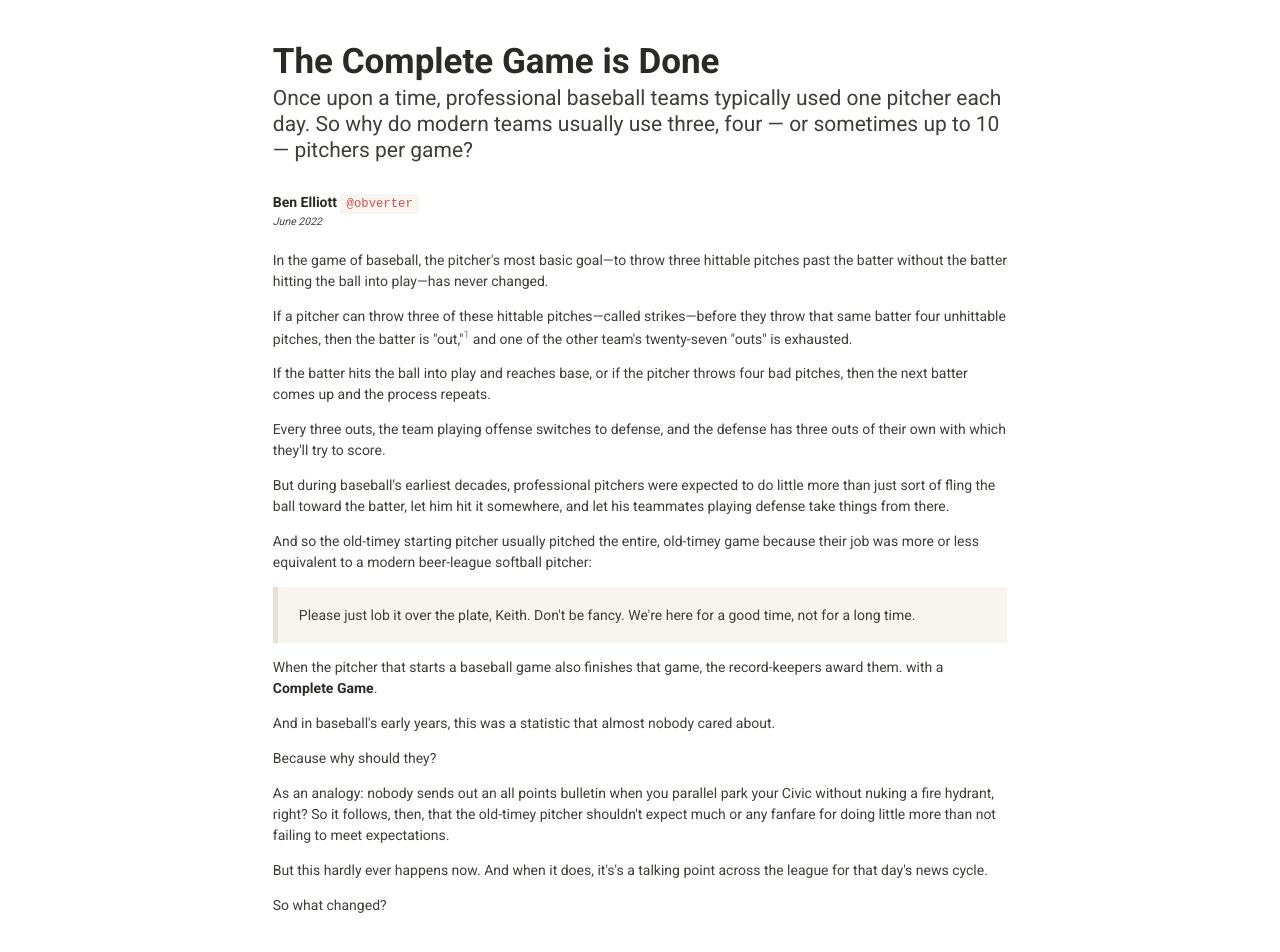
Repository: obverter/complete-games-are-done
Page: index.html
These files come from the project's save history. The page is drawn as it stood at one moment and after the next save; the edit follows.
The browser window is 1280 px wide. The pictures show the part of the page from y = 0 to 952 px (the page is 1701 px tall before and 1707 px after).
Pictures or frames that could not be fetched are drawn as grey boxes.

Above is the page before, as saved 2022-06-24 20:46:38.

### index.html
<!DOCTYPE html>
<html>
    <head>
        <meta charset="utf-8" />
        <meta name="viewport" content="width=device-width, initial-scale=1" />
        <title>Complete Games Are Done</title>
        <!-- todo: Title above is the text in the browser tab. -->
        <link rel="stylesheet" href="docs/bulmaswap.min.css" />
    </head>

    <body>
        <section class="section">
            <div class="content is-0">
                <div class="columns">
                    <div class="column is-one-fifth"></div>
                    <div class="column is-three-fifths">
                        <h1 class="title is-2">The Complete Game is Done</h1>
                        <!-- todo: Title above is the Content title. -->
                        <p class="subtitle is-4">
                            Once upon a time, professional baseball teams
                            typically used one pitcher each day. So why do
                            modern teams usually use three, four — or sometimes
                            up to 10 — pitchers per game?
                            <!-- todo: Subtitle above is the Content subtitle. -->
                        </p>
                    </div>
                    <!-- <div class="column is-one-fifth"></div> -->
                </div>
            </div>
            <div class="columns">
                <div class="column is-one-fifth"></div>
                <div class="column is-three-fifths">
                    <h6 class="title is-6">
                        Ben Elliott <code>@obverter</code>
                    </h6>
                    <h6 class="subtitle is-7"><em>June 2022</em></h6>
                    <div class="content">
                        <p>
                            In the game of baseball, the pitcher's most basic
                            goal—to throw three hittable pitches past the batter
                            without the batter hitting the ball into play—has
                            never changed.
                        </p>
                        <p>
                            If a pitcher can throw three of these hittable
                            pitches—called strikes—before they throw that same
                            batter four unhittable pitches, then the batter is
                            "out,"<sup><a href="#fn1" id="ref1">1</a></sup>
                            and one of the other team's twenty-seven "outs" is
                            exhausted.
                        </p>
                        <p>
                            If the batter hits the ball into play and reaches
                            base, or if the pitcher throws four bad pitches,
                            then the next batter comes up and the process
                            repeats.
                        </p>
                        <p>
                            Every three outs, the team playing offense switches
                            to defense, and the defense has three outs of their
                            own with which they'll try to score.
                        </p>
                        <p>
                            But during baseball's earliest decades, professional
                            pitchers were expected to do little more than just
                            sort of fling the ball toward the batter, let him
                            hit it somewhere, and let his teammates playing
                            defense take things from there.
                        </p>
                        <p>
                            And so the old-timey starting pitcher usually
                            pitched the entire, old-timey game because their job
                            was more or less equivalent to a modern beer-league
                            softball pitcher:
                        </p>
                        <blockquote>
                            Please just lob it over the plate, Keith. Don't be
                            fancy. We're here for a good time, not for a long
                            time.
                        </blockquote>
                        <p>
                            When the pitcher that starts a baseball game also
                            finishes that game, the record-keepers award them.
                            with a <strong>Complete Game</strong>.
                        </p>
                        <p>
                            And in baseball's early years, this was a statistic
                            that almost nobody cared about.
                        </p>
                        <p>Because why should they?</p>
                        <p>
                            As an analogy: nobody sends out an all points
                            bulletin when you parallel park your Civic without
                            nuking a fire hydrant, right? So it follows, then,
                            that the old-timey pitcher shouldn't expect much or
                            any fanfare for doing little more than not failing
                            to meet expectations.
                        </p>
                        <p>
                            But this hardly ever happens now. And when it does,
                            it's's a talking point across the league for that
                            day's news cycle.
                        </p>
                        <p>So what changed?</p>
                        <iframe
                            title="Pitching a Complete Game: Once Normal, Now Novel"
                            aria-label="Scatter Plot"
                            id="datawrapper-chart-UmZWo"
                            src="https://datawrapper.dwcdn.net/UmZWo/4/"
                            scrolling="no"
                            frameborder="0"
                            style="
                                width: 0;
                                min-width: 100% !important;
                                border: none;
                            "
                            height="678"
                        ></iframe>
                        <script type="text/javascript">
                            !(function () {
                                "use strict";
                                window.addEventListener(
                                    "message",
                                    function (e) {
                                        if (
                                            void 0 !==
                                            e.data["datawrapper-height"]
                                        ) {
                                            var t =
                                                document.querySelectorAll(
                                                    "iframe"
                                                );
                                            for (var a in e.data[
                                                "datawrapper-height"
                                            ])
                                                for (
                                                    var r = 0;
                                                    r < t.length;
                                                    r++
                                                ) {
                                                    if (
                                                        t[r].contentWindow ===
                                                        e.source
                                                    )
                                                        t[r].style.height =
                                                            e.data[
                                                                "datawrapper-height"
                                                            ][a] + "px";
                                                }
                                        }
                                    }
                                );
                            })();
                        </script>

                        <sup id="fn1"
                            >1. For my beloved baseball pedants: I know that the
                            rules around strikes
                            <a
                                href="https://www.baseball-almanac.com/articles/strike_zone_rules_history.shtml"
                                >haven't always been carved in stone</a
                            >. But let's cut me a little slack and agree that
                            the 1880s were a weird time for everyone.
                            <a
                                href="#ref1"
                                title="Jump back to footnote 1 in the text."
                                >↩</a
                            ></sup
                        >
                    </div>
                </div>
                <div class="column is one-fifth"></div>
            </div>
        </section>
    </body>
</html>

Loaded but not shown: docs/bulmaswap.min.css (library)

After the next save:
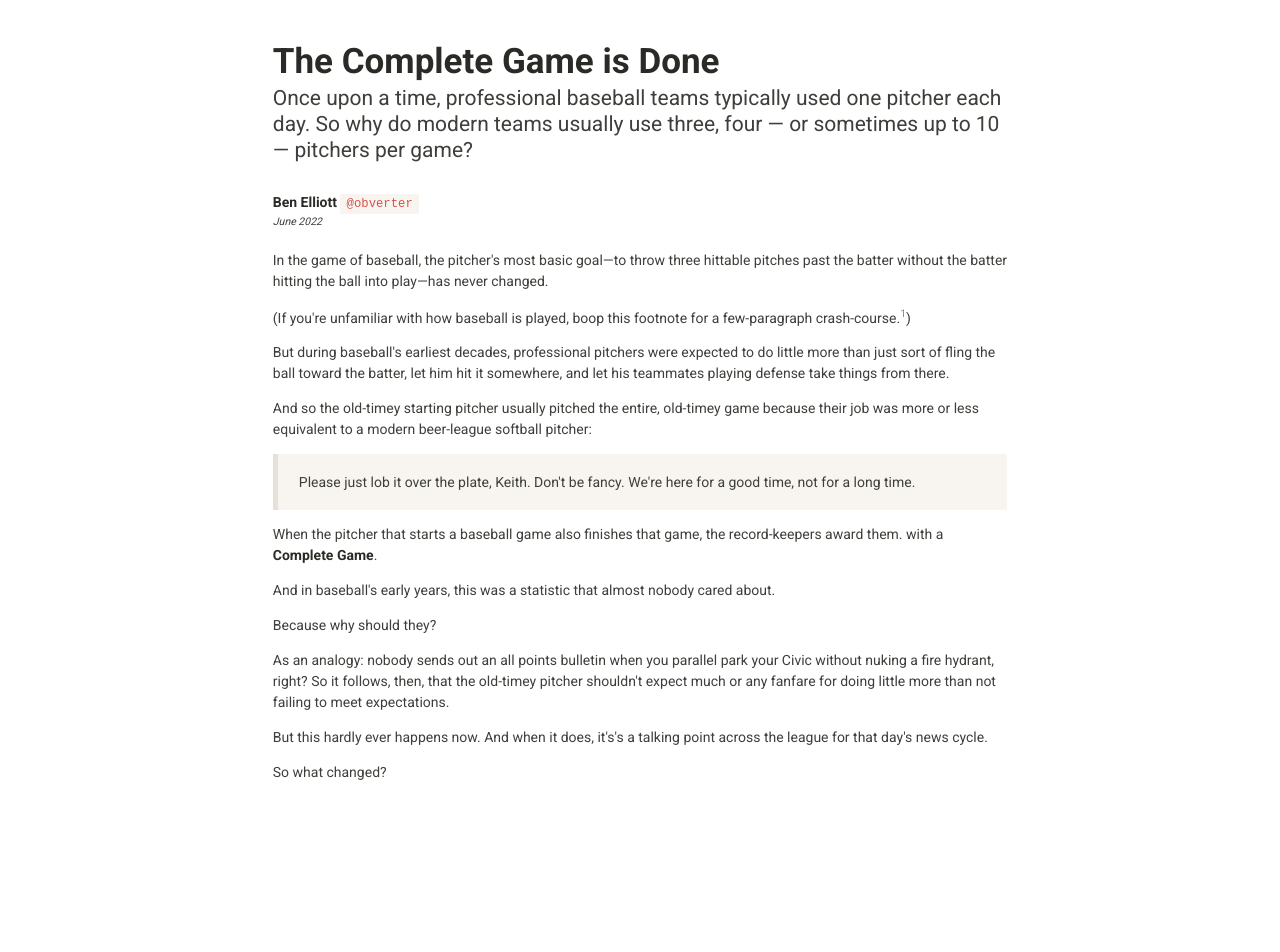
Saved 9 min 40 s later.
--- a/index.html
+++ b/index.html
@@ -42,23 +42,13 @@
                             never changed.
                         </p>
                         <p>
-                            If a pitcher can throw three of these hittable
-                            pitches—called strikes—before they throw that same
-                            batter four unhittable pitches, then the batter is
-                            "out,"<sup><a href="#fn1" id="ref1">1</a></sup>
-                            and one of the other team's twenty-seven "outs" is
-                            exhausted.
-                        </p>
-                        <p>
-                            If the batter hits the ball into play and reaches
-                            base, or if the pitcher throws four bad pitches,
-                            then the next batter comes up and the process
-                            repeats.
-                        </p>
-                        <p>
-                            Every three outs, the team playing offense switches
-                            to defense, and the defense has three outs of their
-                            own with which they'll try to score.
+                            (If you're unfamiliar with how baseball is played,
+                            boop this footnote for a few-paragraph
+                            crash-course.<sup
+                                ><a href="#fn1" id="ref1">1</a></sup
+                            >)
+                        </p>
+
                         </p>
                         <p>
                             But during baseball's earliest decades, professional
@@ -154,6 +144,41 @@
                         </script>
 
                         <sup id="fn1"
+                            ><p>
+                            If a pitcher can throw three of these hittable
+                            pitches—called strikes—before they throw that same
+                            batter four unhittable pitches, then the batter is
+                            "out,"<sup><a href="#fn2" id="ref1">1</a></sup>
+                            and one of the other team's twenty-seven "outs" is
+                            exhausted.
+                        </p>
+                        <p>
+                            If the batter hits the ball into play and reaches
+                            base, or if the pitcher throws four bad pitches,
+                            then that batter becomes a "runner," and the next
+                            batter comes up, and the process repeats.
+                        </p>
+                        <p>
+                            Every time a runner is able to safely touch all
+                            three bases and then home plate, their team scores a
+                            run.
+                        </p>
+                        <p>
+                            Every three outs, the team playing offense switches
+                            to defense, and the defense has three outs of their
+                            own with which they'll try to score.
+                        </p>
+                        <p>
+                            The team that has scored the most runs after both
+                            teams have exhausted 27 outs is the winner, and
+                            everyone claps, and the losing team orders pizza and
+                            picks up the bar tab.
+                            <a
+                                href="#ref1"
+                                title="Jump back to footnote 1 in the text."
+                                >↩</a
+                            ></sup
+                        <sup id="fn2"
                             >1. For my beloved baseball pedants: I know that the
                             rules around strikes
                             <a
